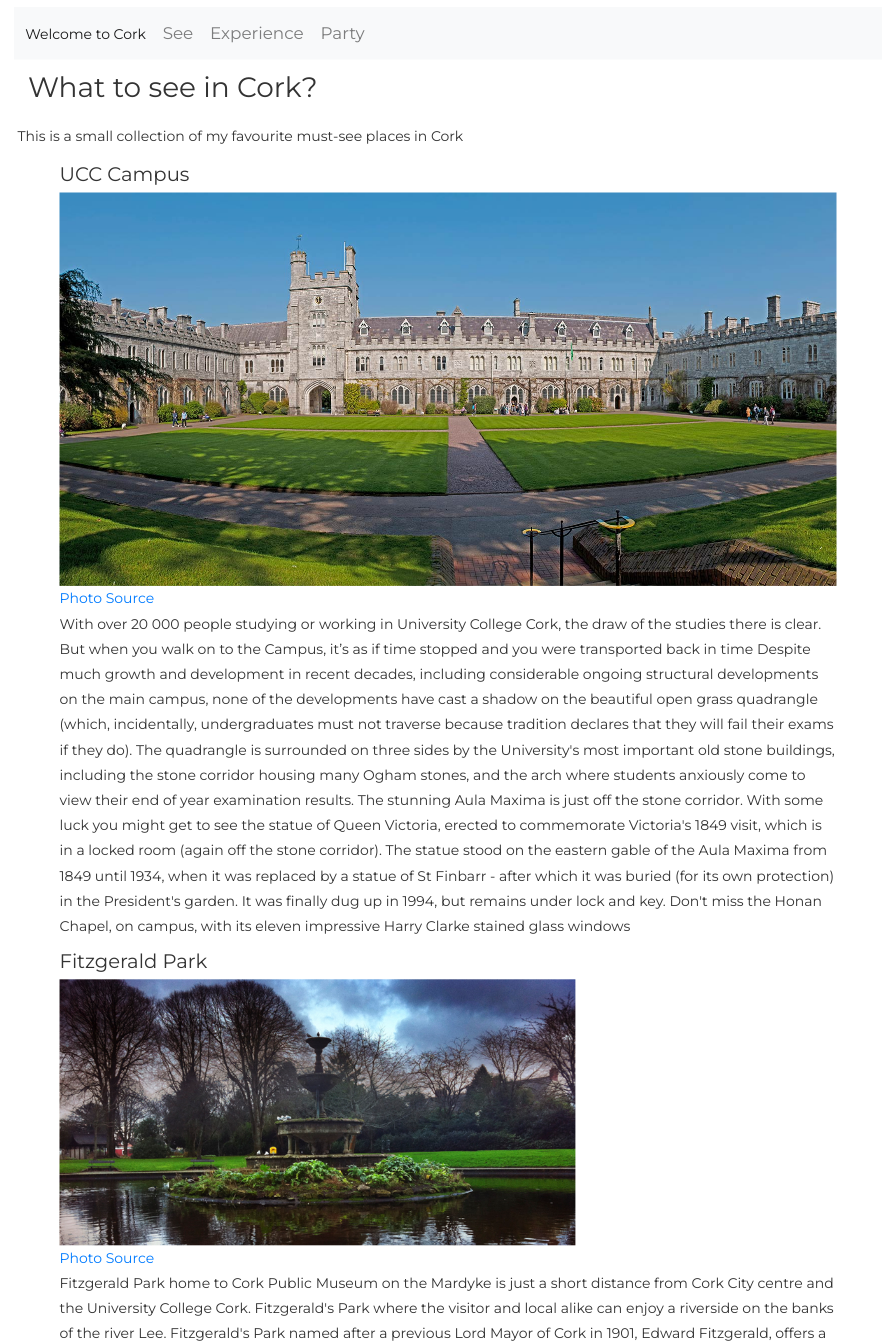
Repository: Maja-Jer/Welcome-to-Cork
Page: see.html
The author's editor kept a record of every edit. The page is drawn from the files as they stood at one moment, then again after the next edit.
The browser window is 1280 px wide. The pictures show the part of the page from y = 0 to 1920 px (the page is 4371 px tall before and 4214 px after), at 70% of full size.
Some web libraries are served in a nearby version.

Above is the page before.
Console error: TypeError: Cannot read properties of undefined (reading 'fn')

### see.html
<!DOCTYPE html>
<html lang="en">

<head>
    <meta charset="UTF-8">
    <meta name="viewport" content="width=device-width, initial-scale=1">
    <meta http-equiv="X-UA-Compatible" content="ie=edge">
    <link rel="stylesheet" href="https://stackpath.bootstrapcdn.com/bootstrap/4.3.1/css/bootstrap.min.css" integrity="sha384-ggOyR0iXCbMQv3Xipma34MD+dH/1fQ784/j6cY/iJTQUOhcWr7x9JvoRxT2MZw1T" crossorigin="anonymous">
    <script src="https://stackpath.bootstrapcdn.com/bootstrap/4.3.1/js/bootstrap.min.js" integrity="sha384-JjSmVgyd0p3pXB1rRibZUAYoIIy6OrQ6VrjIEaFf/nJGzIxFDsf4x0xIM+B07jRM" crossorigin="anonymous"></script>
    <link rel="stylesheet" href="https://use.fontawesome.com/releases/v5.6.1/css/all.css" integrity="sha384-gfdkjb5BdAXd+lj+gudLWI+BXq4IuLW5IT+brZEZsLFm++aCMlF1V92rMkPaX4PP" crossorigin="anonymous">
    <link href="https://fonts.googleapis.com/css?family=Montserrat" rel="stylesheet">
    <link rel="stylesheet" href="assets/style.css" type="text/css" />
    <title>Welcome to Cork, the REAL capital of Ireland</title>
</head>

<body>

    <!---------------Navgation-------->
    <nav class="navbar navbar-light bg-light navbar-expand-sm">
        <a href="/" class="navbar-brand">Welcome to Cork</a>

        <!---------------Dropdown menu-------->
        <button class="navbar-toggler ml-auto" type="button" data-toggle="collapse" data-target="#navbarNavDropdown" aria-controls="navbarNavDropdown" aria-expanded="false" aria-label="Toggle navigation">
        <span class="navbar-toggler-icon"></span></button>

        <div class="collapse navbar-collapse" id="navbarNavDropdown">
            <ul class="navbar-nav mr-auto">
                <li class="nav-item mr-2"><a class="nav-link" href="#see">See</a></li>
                <li class="nav-item mr-2"><a class="nav-link" href="#experience">Experience</a></li>
                <li class="nav-item mr-2"><a class="nav-link" href="#party">Party</a></li>

            </ul>
        </div>

    </nav>

    <!--------------- Title -------->
    <div class="container-fluid mt-3 title">
        <h1>What to see in Cork?</h1>
        <div class="row title-row" <h5>This is a small collection of my favourite must-see places in Cork</h5>
        </div>
    </div>


    <!--------------- Sites -------->

    <div class="container-fluid all-sites">
        <div class= "container ucc-campus">
            <div class= "row ucc-campus">
                <div class= "col-6">
                    <h3>UCC Campus</h3>
                </div>
            </div>


        <img class= "img-fluid" src= "./assets/photos/ucc-campus.jpg " alt="UCC Campus">
        <br>
        <h7><a href= "https://www.irishexaminer.com/breakingnews/ireland/ucc-isssues-1500-booklets-to-promote-good-relations-between-students-and-local-residents-949665.html ">Photo Source</a></h7>
    </div>


    <div class= "container ucc-description">
        <p col= "ucc-description">With over 20 000 people studying or working in University College Cork, the draw of the studies there is clear. But when you walk on to the Campus, it’s as if time stopped and you were transported back in time Despite much growth and development
            in recent decades, including considerable ongoing structural developments on the main campus, none of the developments have cast a shadow on the beautiful open grass quadrangle (which, incidentally, undergraduates must not traverse because
            tradition declares that they will fail their exams if they do). The quadrangle is surrounded on three sides by the University's most important old stone buildings, including the stone corridor housing many Ogham stones, and the arch where
            students anxiously come to view their end of year examination results. The stunning Aula Maxima is just off the stone corridor. With some luck you might get to see the statue of Queen Victoria, erected to commemorate Victoria's 1849 visit,
            which is in a locked room (again off the stone corridor). The statue stood on the eastern gable of the Aula Maxima from 1849 until 1934, when it was replaced by a statue of St Finbarr - after which it was buried (for its own protection) in
            the President's garden. It was finally dug up in 1994, but remains under lock and key. Don't miss the Honan Chapel, on campus, with its eleven impressive Harry Clarke stained glass windows
        </p>


    </div>


<div class= "container fitzgerald-park">
            <div class= "row fitzgerald-park">
                <div class= "col-6">
                    <h3>Fitzgerald Park</h3>
                </div>
            </div>


        <img class= "img-fluid" src="./assets/photos/fitzgerald-park.jpg" alt="Fitzgerald Park ">
        <br>
        <h7><a href= "http://www.corkenglishcollege.ie/media/4ae2bbd4-2834-4204-b7ae-c0ea07ad30a5/Events/Fitzgerald-Park_jpg ">Photo Source</a></h7>
    </div>


    <div class="container park-description">
        <p col="park-decription">Fitzgerald Park home to Cork Public Museum on the Mardyke is just a short distance from Cork City centre and
        the University College Cork. Fitzgerald's Park where the visitor and local alike can enjoy a riverside on the banks of the river Lee.
        Fitzgerald's Park named after a previous Lord Mayor of Cork in 1901, Edward Fitzgerald, offers a quite retreat from the hustle and bustle
        of the city, with its beautiful tree lined avenues, brimming flower beds and rose garden to its many statues and sculptures and the large
        central fountain, this 18 acre park is a wonderful treat. Fitzgerald's Park is a quiet haven, which has a playground for the children and a
        cafe to enjoy the view of the river Lee and across to the gardens and houses of the Sunday's Well area.

        </p>


    </div>


<div class= "container shandon-bells">
            <div class= "row shandon-bells">
                <div class= "col-6">
                    <h3>Shandon Bells</h3>
                </div>
            </div>


        <img class= "img-fluid" src="./assets/photos/shandon-bells.jpg " alt="Shandon Bells ">
        <br>
        <h7><a href="http://www.shandonbells.ie/uploads/1/2/6/6/12669090/1388908_orig.jpg">Photo Source</a></h7>
    </div>


    <div class= "container shandon-description">
        <p col="shandon-decription">Enjoy the Unique experience of Ringing the world famous Shandon Bells from the first floor.
Unwind and be at peace in the beautiful surrounds of St. Anne's Church - one of the oldest churches in the city built in 1722..﻿
The church is noted for its 8 bells due to the song "The Bells of Shandon" by Francis Sylvester Mahony. The largest weighs a little over 1.5 tons and was originally cast by Abel Rudhall of Gloucester. To reduce vibration, they were placed in a fixed position. They first rang on December 7, 1752. They have been recast twice: in 1865 and 1906. Today, visitors can climb 132 stairs to the first floor and ring the bells themselves. See spectacular 360 degree views of the city at 36.65m/120ft. View the internal workings of the clocks, the ‘Four Faced Liar’ and see the 18th Century bells in the Belfry.


        </p>


    </div>

    <div class= "container blackrock-castle">
            <div class= "row blackrock-castle">
                <div class= "col-6">
                    <h3>Blackrock castle</h3>
                </div>
            </div>


        <img class= "img-fluid"src="./assets/photos/blackrock_castle.jpg" alt="Blackrock castle">
        <br>
        <h7><a href= "https://www.bco.ie/whats-here/dailyschedule/">Photo Source</a></h7>
    </div>


    <div class= "container blackrock-description">
        <p col= "blackrock-decription">In the late 16th century, the citizens of Cork appealed to Queen Elizabeth I to construct a fort at Blackrock to "repel pirates and other invaders". In 1582 a fortification was built on the site,[6] and later around 1600, a round tower was constructed to safeguard against pirates "carrying away" vessels entering the harbour.[7] The earliest elements of this structure remaining today are a circular tower on the water's edge, 10.5m in diameter, with walls 2.2m thick.
In the early-2000s, Blackrock Castle was redeveloped under a joint venture between Cork City Council, Cork Institute of Technology and a private benefactor.

The castle has an excellent restaurant where you can have brunch in one of the most interesting surroundings in Cork. The Observatory has a lot of interesting exhibits, my personal being the possibility to lie down under the night sky and just enjoy the view as the stars shine above you. So relaxing!

        </p>


    </div>

    </div>


    <!--------------- Footer -------->

    <footer class="bg-secondary mt-5 p-3 ">
        <div class="container-fluid ">
            <div class="col-12 text-white ">
                <h3>Developed by Maja Jercic 2019</h3>
            </div>
        </div>
    </footer>

    <script src="https://stackpath.bootstrapcdn.com/bootstrap/4.3.1/js/bootstrap.min.js " integrity="sha384-JjSmVgyd0p3pXB1rRibZUAYoIIy6OrQ6VrjIEaFf/nJGzIxFDsf4x0xIM+B07jRM " crossorigin="anonymous "></script>
    <script src="https://code.jquery.com/jquery-3.3.1.slim.min.js " integrity="sha384-q8i/X+965DzO0rT7abK41JStQIAqVgRVzpbzo5smXKp4YfRvH+8abtTE1Pi6jizo " crossorigin="anonymous "></script>
    <script src="https://cdnjs.cloudflare.com/ajax/libs/popper.js/1.14.7/umd/popper.min.js " integrity="sha384-UO2eT0CpHqdSJQ6hJty5KVphtPhzWj9WO1clHTMGa3JDZwrnQq4sF86dIHNDz0W1 " crossorigin="anonymous "></script>

</body>


</html>

### assets/style.css
/*----------------------- header*/

head {
  font-family: 'Roboto', sans-serif;
}

body {
  font: 20px Montserrat, sans-serif;
  line-height: 1.8;
  color: #333;
  display: block;
  padding: 10px 20px 75px 20px;


}

/*----------------------navigation bar*/

ul {
  list-style-type: none;
  margin: 0;
  padding: 0;
  overflow: hidden;
  font-weight: normal;
  font-size: 24px;
}

li {
  float: left;
}

navbar-brand {
  color: black;
}

li a {
  display: block;
  color: white;
  text-align: center;
  padding: 14px 16px;
  text-decoration: none;

}

li a:hover {
  background-color: #9FA8DA;
  color: white;
  text-decoration: none;
  font-weight: bold;
}

/*---------------------end of navigation bar*/

.main-container {


}
.container-main-photo {
  max-height: 300px;
  max-width: 80%;

}

/* ---------------------------------- Article*/
.article {
  position: relative;
  vertical-align: top;
  background-color: #fff
  margin-bottom: 1em;
  max-width: 830px;
  padding: 2em 0 0 0;
  text-align: left;
}

.site-photo {
  position: relative;
  text-align: center;
  margin-bottom: 1.6em;
}

.site-description {
  margin: 2em 5% 2em 5%;
  font-size: 1.1em;
  line-height: 1.7;
  color: #333;
}


/* ---------------------------------- Title*/

.title {
  text-align: left;
  padding-left:20px;
}

.title-row {
  padding-top: 20px;
  padding-bottom: 20px;


}
/* ---------------------------------- Containers*/

.center {
  display: block;
  margin-left: auto;
  margin-right: auto;
  width: 50%;
}

.main-photo {
  display: block;
  max-height: 730px;
  max-width: 1160px;
  padding: 30px;
  overflow: auto;
}


#container-about-cork {
  font-size: 16px;
  margin: 25px 50px 75px;
  padding: 30px;


}
@media screen and (min-width: 600px) {
#container-about-cork {
  font-size: 20px;
  margin: 25px 20px 75px 20px;
  }
}
@media screen and (max-width: 600px) {
#container-about-cork {
  font-size: 14px;
  margin: 25px 10px 75px 20px;
  }
}

.container-ucc-campus {

}



/*---------------------footer*/

.p-3 {
    padding: 1rem!important;
}

.mt-5, .my-5 {
    margin-top: 3rem!important;

}

.bg-secondary {
    background-color: #6c757d!important;
}

.footer {
  width: 100%;
  margin-right: auto;
  margin-left: auto;
}

.text-white {
  color: #fff!important;
}

.col-12 {
  -ms-flex: 0 0 100%;
  flex: 0 0 100%;
  max-width: 100%;
  text-align: center;
}

After the next edit:
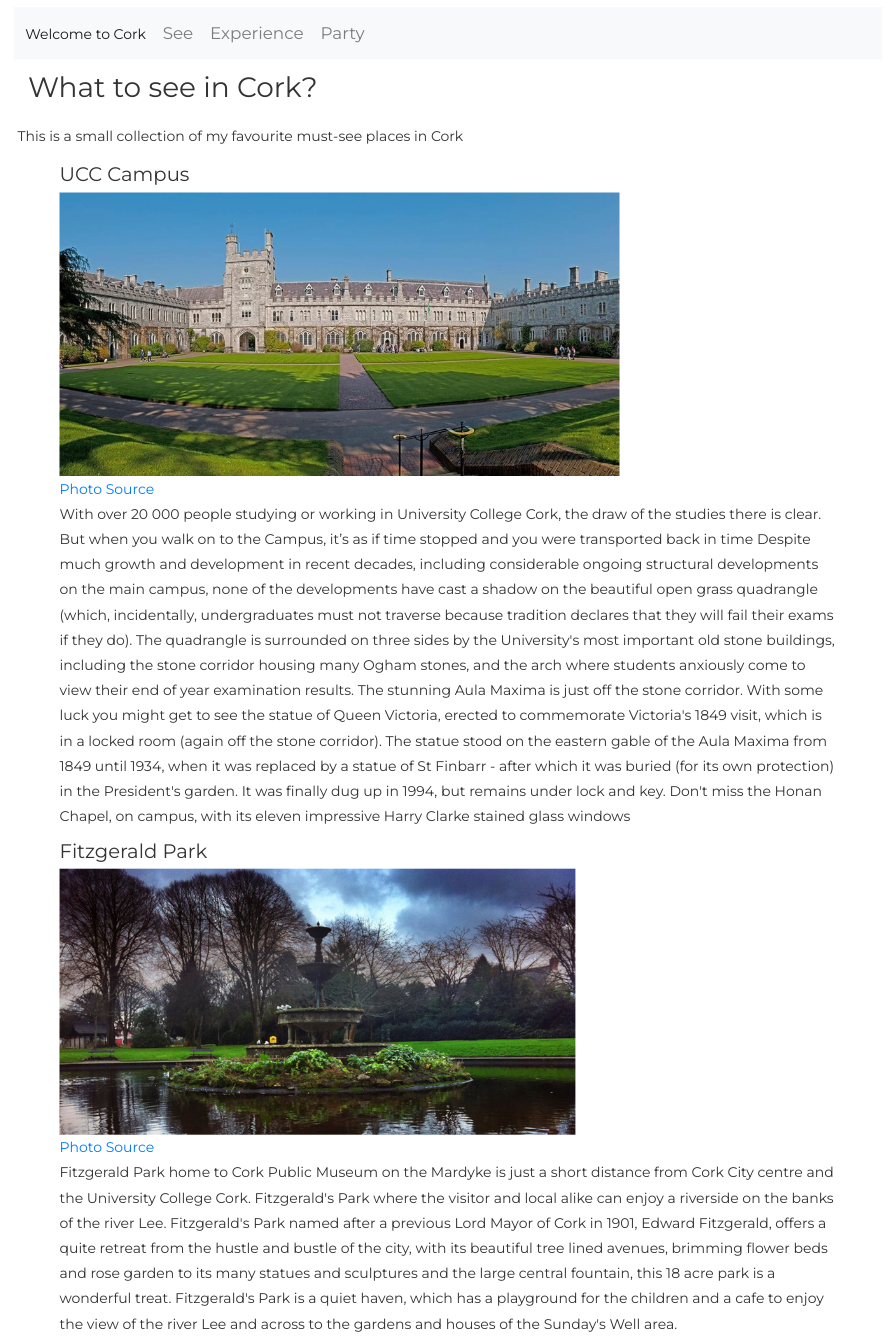
The edit:
--- a/see.html
+++ b/see.html
@@ -53,7 +53,7 @@
             </div>
 
 
-        <img class= "img-fluid" src= "./assets/photos/ucc-campus.jpg " alt="UCC Campus">
+        <img class= "img-fluid" src= "./assets/photos/ucc-campus1.jpg " alt="UCC Campus">
         <br>
         <h7><a href= "https://www.irishexaminer.com/breakingnews/ireland/ucc-isssues-1500-booklets-to-promote-good-relations-between-students-and-local-residents-949665.html ">Photo Source</a></h7>
     </div>
